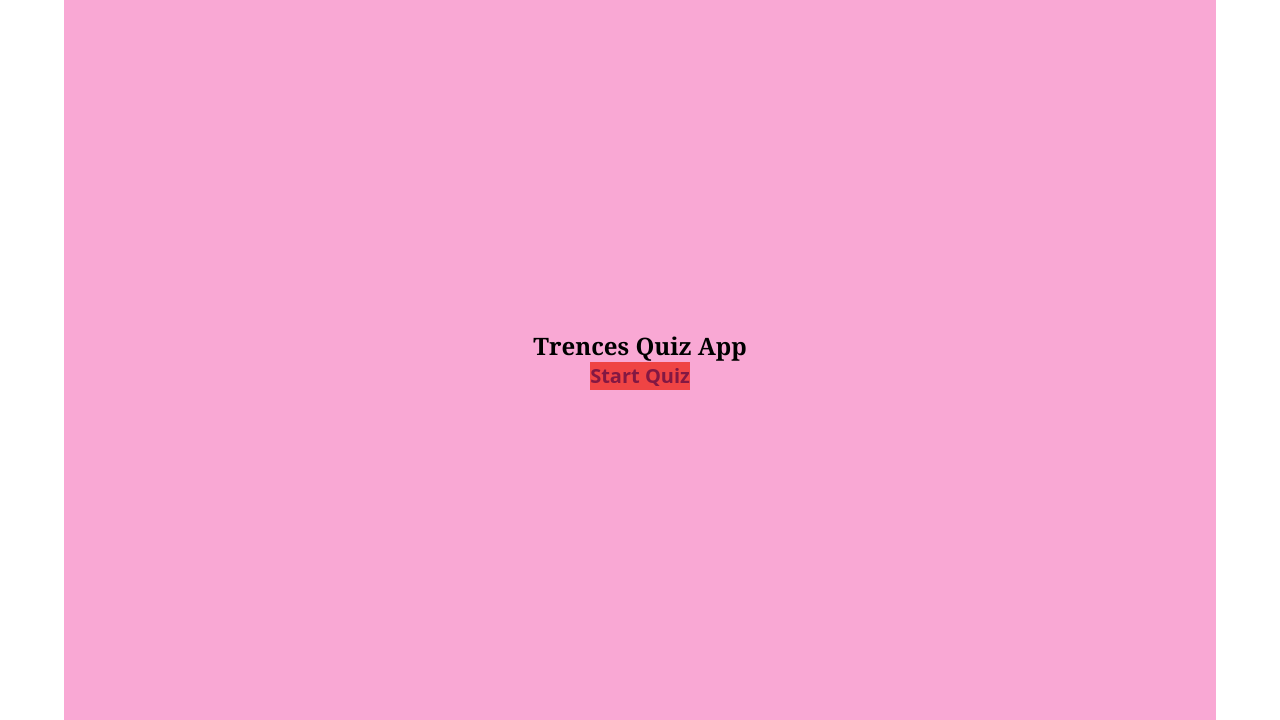
Repository: Semanmernstack/Quiz-react-app
Page: /
These files come from the project's save history. The page is drawn as it stood at one moment and after the next save; the edit follows.
The browser window is 1280 px wide. The pictures show the whole page.
The project was rebuilt for these pictures with package versions that can differ from the ones it lists, and the page was loaded fresh each time. Also part of the build but not shown: src/Game/Questions.js, src/components/Quiz.js, src/components/End.js.

Above is the page before, as saved 2023-01-30 01:26:38.

After the next save:
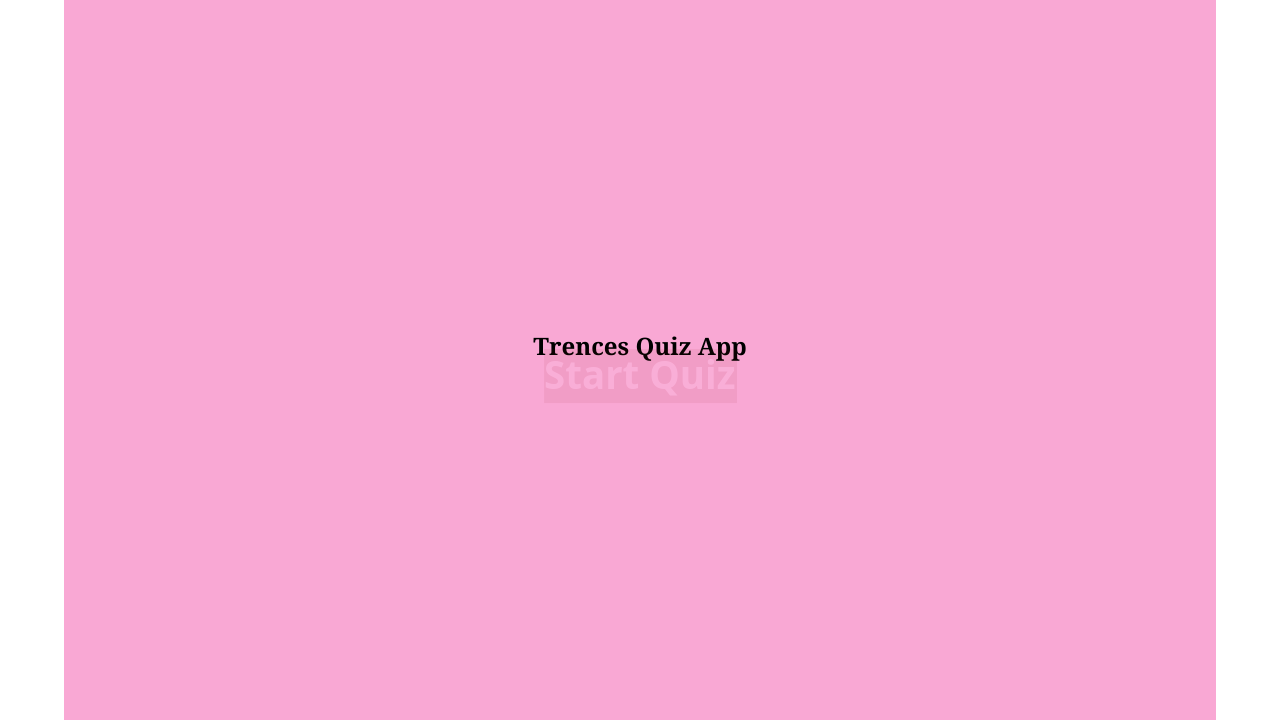
Saved 47 s later.
--- a/src/components/Menu.js
+++ b/src/components/Menu.js
@@ -5,7 +5,7 @@ function Menu() {
     const { setGame} = useContext(QuizContext)
   return (
     <div className="flex">
-        <button className="font-bold text-pink-900 text-xl cursor-pointer bg-red-500" onClick={() => {setGame("quiz")}} >Start Quiz</button>
+        <button className="font-bold  text-xl cursor-pointer bg-red-800 text-white animate-ping" onClick={() => {setGame("quiz")}} >Start Quiz</button>
 
     </div>
   )
